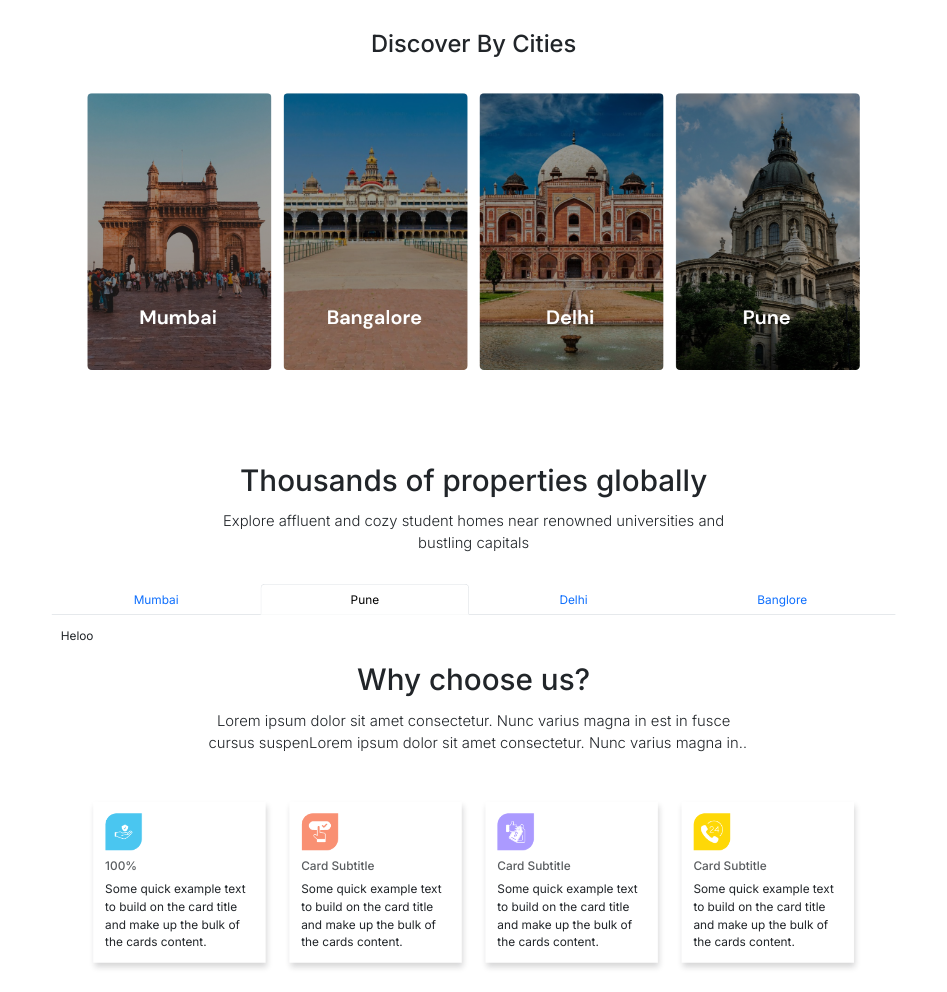
Repository: suyashagrahari/assignment
Page: /
The author's editor kept a copy of each file at every save. The page is drawn from the files as they stood at one save, then again after the next save.
The browser window is 1280 px wide. The pictures show the whole page, at 74% of full size.
The project was rebuilt for these pictures with package versions that can differ from the ones it lists, and the page was loaded fresh each time. The framework's server and built-in components were replaced by stand-ins that run in the browser. Also part of the build but not shown: next.config.mjs, src/app/page.module.css, src/components/Headline.jsx.

Above is the page before, as saved 2024-03-27 16:18:18.

### src/components/Grid.jsx
import React from "react";
import Image from "next/image";
import { Button, Col, Container, Row } from "react-bootstrap";
import first from "../../public/image/Mumbai.png";
import second from "../../public/image/Banglore.png";
import third from "../../public/image/Delhi.png";
import forth from "../../public/image/Pune.png";
const Grid = () => {
  return (
    <div className="container-fluid">
      <div className="row row-cols-1 row-cols-sm-2 row-cols-md-3 row-cols-lg-4 g-3 p-4">
        <div className="col grid-item">
          <Image
            src={first}
            alt="Image 1"
            layout="responsive"
            objectFit="cover"
            className="img-fluid rounded"
          />
        </div>
        <div className="col grid-item">
          <Image
            src={second}
            alt="Image 2"
            layout="responsive"
            objectFit="cover"
            className="img-fluid rounded"
          />
        </div>
        <div className="col grid-item">
          <Image
            src={third}
            alt="Image 3"
            layout="responsive"
            objectFit="cover"
            className="img-fluid rounded"
          />
        </div>
        <div className="col grid-item">
          <Image
            src={forth}
            alt="Image 4"
            layout="responsive"
            objectFit="cover"
            className="img-fluid rounded"
          />
        </div>
      </div>
    </div>
  );
};

export default Grid;

### src/components/Tabbing.jsx
"use client";
import Tab from "react-bootstrap/Tab";
import Tabs from "react-bootstrap/Tabs";
import Img from "../../public/image/Img-1.png";
import Image from "next/image";
import MyCarousel from "./Carousal";
function Tabbing() {
  return (
    <>
      <Tabs
        defaultActiveKey="profile"
        id="justify-tab-example"
        className="mb-3"
        justify
      >
        <Tab eventKey="home" title="Mumbai">
          <MyCarousel />
        </Tab>
        <Tab eventKey="profile" title="Pune">
          Heloo
        </Tab>
        <Tab eventKey="longer-tab" title="Delhi">
          Hello
        </Tab>
        <Tab eventKey="contact" title="Banglore">
          Tab content for Contact
        </Tab>
      </Tabs>
    </>
  );
}

export default Tabbing;

### src/components/Footer.jsx
import Card from "react-bootstrap/Card";
import Icon_1 from "../../public/image/icon-1.png";
import Icon_2 from "../../public/image/icon-2.png";
import Icon_3 from "../../public/image/icon-3.png";
import Icon_4 from "../../public/image/icon-4.png";
import Image from "next/image";

function Footer() {
  return (
    <div className="container-fluid">
      <div className="row row-cols-1 row-cols-md-2 row-cols-lg-4 g-3 p-4">
        <div className="col">
          <Card>
            <Card.Body>
              <div className="d-flex justify-content-center mb-3 image">
                <Image src={Icon_1} alt="icon" />
              </div>
              <Card.Subtitle className="mb-2 text-muted ">100%</Card.Subtitle>
              <Card.Text className="">
                Some quick example text to build on the card title and make up
                the bulk of the cards content.
              </Card.Text>
            </Card.Body>
          </Card>
        </div>
        <div className="col">
          <Card>
            <Card.Body>
              <div className="d-flex justify-content-center mb-3 image">
                <Image src={Icon_2} alt="icon" />
              </div>
              <Card.Subtitle className="mb-2 text-muted ">
                Card Subtitle
              </Card.Subtitle>
              <Card.Text className="">
                Some quick example text to build on the card title and make up
                the bulk of the cards content.
              </Card.Text>
            </Card.Body>
          </Card>
        </div>
        <div className="col">
          <Card>
            <Card.Body>
              <div className="d-flex justify-content-center mb-3 image">
                <Image src={Icon_3} alt="icon" />
              </div>
              <Card.Subtitle className="mb-2 text-muted ">
                Card Subtitle
              </Card.Subtitle>
              <Card.Text className="">
                Some quick example text to build on the card title and make up
                the bulk of the cards content.
              </Card.Text>
            </Card.Body>
          </Card>
        </div>
        <div className="col">
          <Card>
            <Card.Body>
              <div className="d-flex justify-content-center mb-3 image">
                <Image src={Icon_4} alt="icon" />
              </div>
              <Card.Subtitle className="mb-2 text-muted ">
                Card Subtitle
              </Card.Subtitle>
              <Card.Text className="">
                Some quick example text to build on the card title and make up
                the bulk of the cards content.
              </Card.Text>
            </Card.Body>
          </Card>
        </div>
      </div>
    </div>
  );
}

export default Footer;

### src/components/Carousal.jsx
import React from "react";
import Carousel from "react-bootstrap/Carousel";
import Button from "react-bootstrap/Button";
import Card from "react-bootstrap/Card";
import Img from "../../public/image/Img-1.png";
import Image from "next/image";

const recipes = [
  {
    name: "card",
    img: Img,
    price: 100,
    content: "Hello",
  },
  {
    name: "card",
    img: Img,
    price: 100,
    content: "Hello",
  },
  {
    name: "card",
    img: Img,
    price: 100,
    content: "Hello",
  },
  {
    name: "card",
    img: Img,
    price: 100,
    content: "Hello",
  },
];

const MyCarousel = () => {
  const reduceRecipes = (acc, cur, index) => {
    const groupIndex = Math.floor(index / 3);
    if (!acc[groupIndex]) acc[groupIndex] = [];
    acc[groupIndex].push(cur);
    console.log(acc);
    return acc;
  };

  return (
    <Carousel>
      {recipes.reduce(reduceRecipes, []).map((item, index) => (
        <Carousel.Item key={index}>
          <div className="d-flex justify-content-center">
            {item.map((item, index) => {
              return (
                <Card key={index} style={{ width: "18rem" }}>
                  <Image src={item.img} alt="" width={300} height={100} />
                  <Card.Body>
                    <Card.Title>{item.name}</Card.Title>
                    <Card.Title>{item.price}</Card.Title>
                    <Button variant="primary">Go somewhere</Button>
                  </Card.Body>
                </Card>
              );
            })}
          </div>
        </Carousel.Item>
      ))}
    </Carousel>
  );
};

export default MyCarousel;

Loaded but not shown: src/app/layout.js (common file); src/app/page.js (common file); src/app/globals.css (common file)

After the next save:
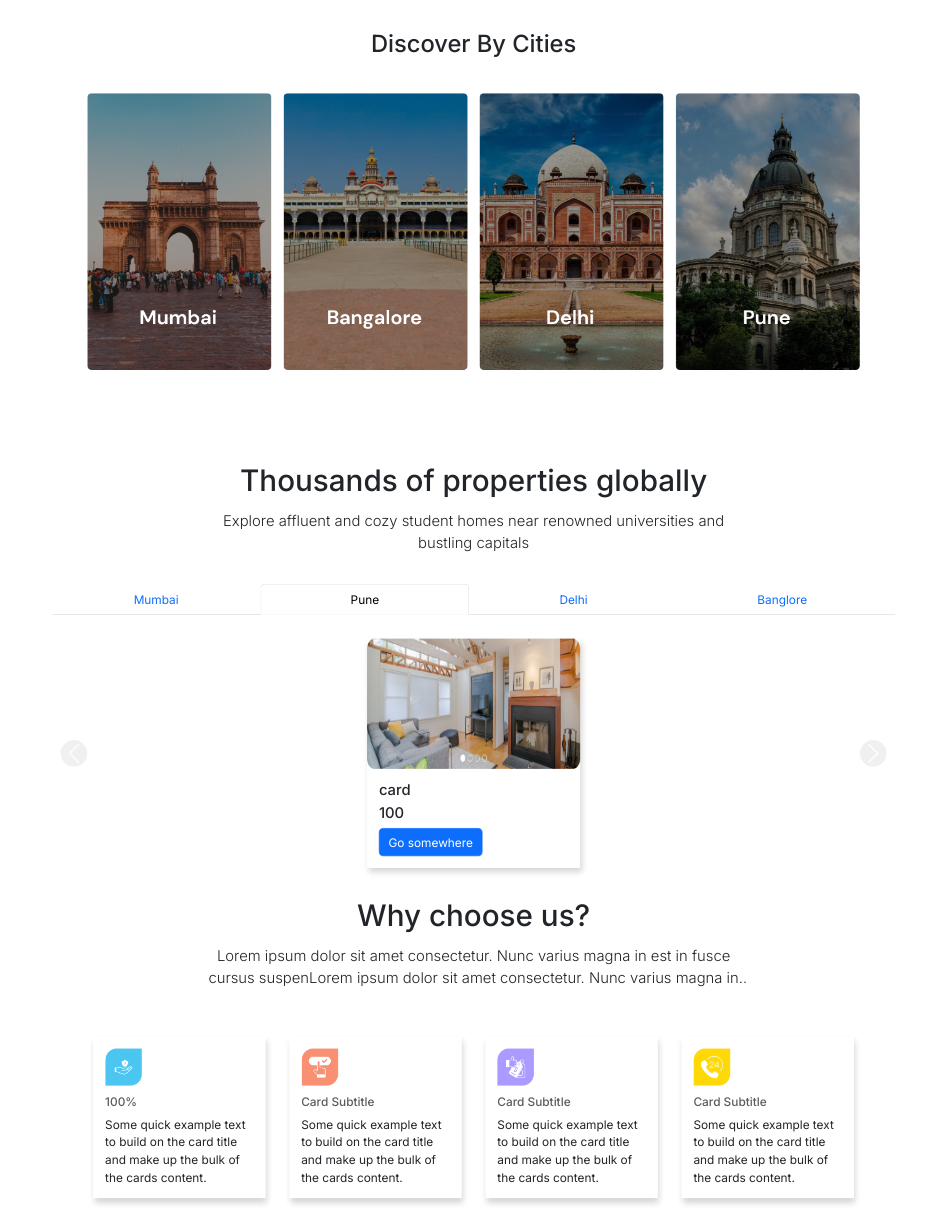
Saved 65 s later.
--- a/src/components/Tabbing.jsx
+++ b/src/components/Tabbing.jsx
@@ -17,13 +17,13 @@ function Tabbing() {
           <MyCarousel />
         </Tab>
         <Tab eventKey="profile" title="Pune">
-          Heloo
+          <MyCarousel />
         </Tab>
         <Tab eventKey="longer-tab" title="Delhi">
-          Hello
+          <MyCarousel />
         </Tab>
         <Tab eventKey="contact" title="Banglore">
-          Tab content for Contact
+          <MyCarousel />
         </Tab>
       </Tabs>
     </>
